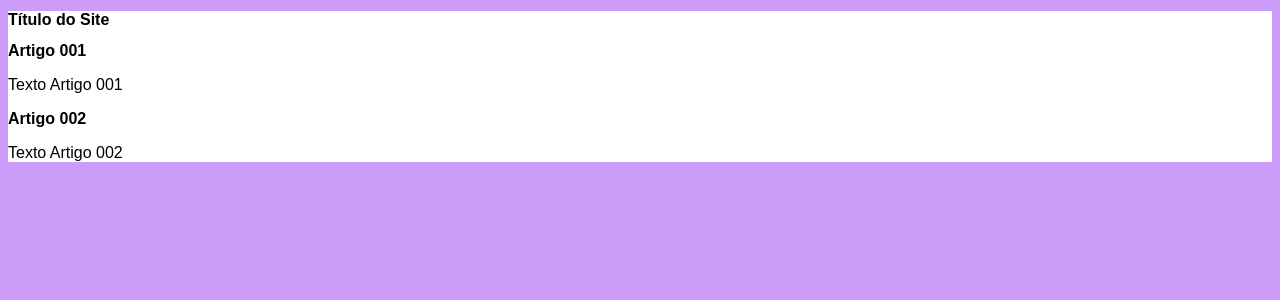
Repository: AnthonyLuanSantos/projeto-site
Page: index.html
These files come from the project's save history. The page is drawn as it stood at one moment and after a run of saves; the edit follows.
The browser window is 1280 px wide. The pictures show the whole page.

Above is the page before, as saved 2024-08-18 20:45:27.

### index.html
<!DOCTYPE html>
<html lang="pt-br">
<head>
    <meta charset="UTF-8">
    <meta name="viewport" content="width=device-width, initial-scale=1.0">
    <title>Título do Site</title>
    <link rel="stylesheet" href="style.css">
</head>
<body>
    <main>
        <header>
            <h1>Título do Site</h1>
        </header>
        <article>
            <h2>Artigo 001</h2>
            <p>Texto Artigo 001</p>
        </article>
        <article>
            <h2>Artigo 002</h2>
            <p>Texto Artigo 002</p>
        </article>
    </main>
</body>
</html>

### style.css
*{
    font-family: Arial, Helvetica, sans-serif;
    font-size: 16px;
}
body{
    background-color: rgb(204,157,248);
}
main{
    background-color: white;

}

After the next 5 saves:
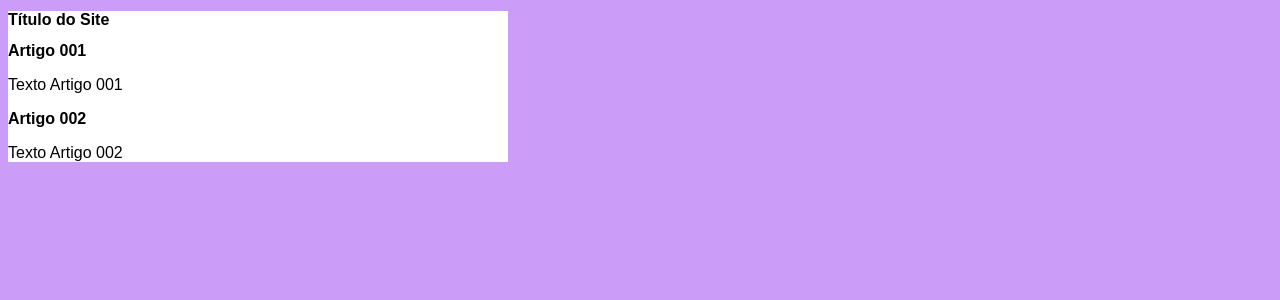
The 5 saves are shown as one change because they came seconds apart.
The last was saved 19 s later.
--- a/style.css
+++ b/style.css
@@ -7,5 +7,6 @@
 }
 main{
     background-color: white;
-
+    width: 500px
+    ;
 }
